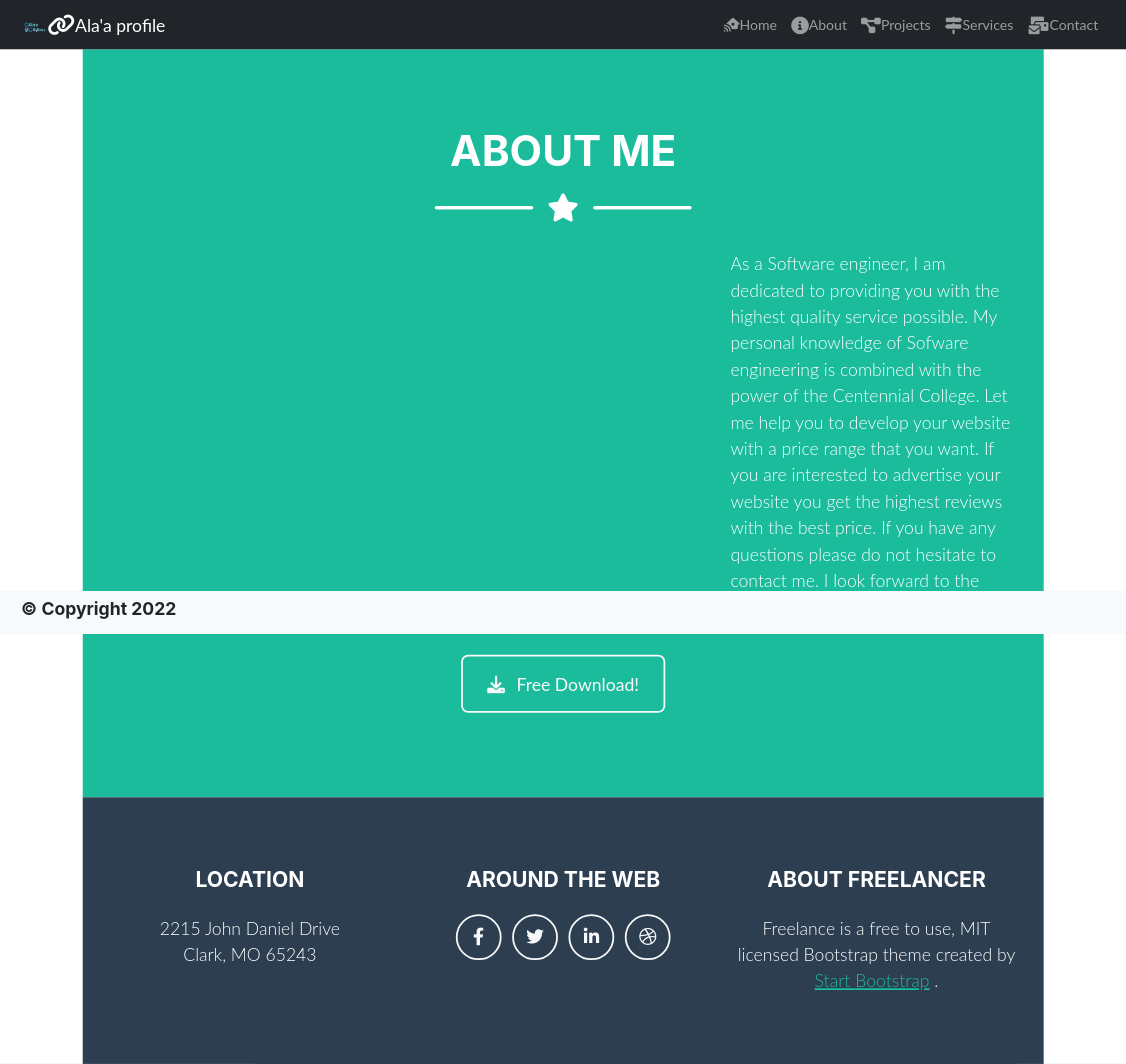
Repository: alaakhdour/heroukulivesite-section1
Page: http://localhost/about
The author's editor kept a copy of each file at every save. The page is drawn from the files as they stood at one save, then again after the next save.
The browser window is 1280 px wide. The pictures show the whole page, at 88% of full size.
The page is served by the project's Node server (server.js). Other server files are loaded and not shown.

Above is the page before, as saved 2022-06-17 08:43:25.

### Server/Views/index.ejs

<!DOCTYPE html>
<html lang="en">
<head>
    <meta charset="UTF-8">
    <meta http-equiv="X-UA-Compatible" content="IE=edge">
    <meta name="viewport" content="width=device-width, initial-scale=1.0">
    <title><%= title %></title>
    <!-- CSS Section -->
    <link rel="stylesheet" href="./bootstrap/dist/css/bootstrap.min.css">
    <link rel="stylesheet" href="./@fortawsome/fontawesome-free/css/all.min.css">
    <link rel="stylesheet" href="./Content/app.css">
    <link rel="stylesheet" href="./Content/styles.css">
</head>
<body>
    <!-- Main Navigation Section -->
    <header>
        <%- include('./components/header.ejs'); %>
    </header>

    <!-- Content Section-->
    <main>
        <%- include('content/' + page + '.ejs'); %>

    </main>

    <!-- Site-wide footer-->
    <footer>
        <%- include('components/footer.ejs'); %>
    </footer>

    <!-- JavaScript Section -->
    <script src="./jquery/dist/jquery.min.js"></script>
    <script src="./bootstrap/dist/js/bootstrap.min.js"></script>
    <script src="./@fortawesome/fontawesome-free/js/all.min.js"></script>
    <script src="./Scripts/app.js"></script>
</body>
</html>

### Server/Views/components/header.ejs
<nav class="navbar navbar-expand-lg navbar-dark bg-dark">
    <div class="container-fluid">
      <a class="navbar-brand" href="/"> <img src="./Assets/images/logo.png" alt="" width="30" height="24"><i class="fa-solid fa-link fa-lg"></i>Ala'a profile</a>
      <button class="navbar-toggler" type="button" data-bs-toggle="collapse" data-bs-target="#navbarSupportedContent" aria-controls="navbarSupportedContent" aria-expanded="false" aria-label="Toggle navigation">
        <span class="navbar-toggler-icon"></span>
      </button>
      <div class="collapse navbar-collapse" id="navbarSupportedContent">
        <ul class="navbar-nav ms-auto mb-2 mb-lg-0">
          <li class="nav-item">
            <a class="nav-link" aria-current="page" href="/home"><i class="fa-solid fa-house-signal"></i>Home</a>
          </li>

          <li class="nav-item">
            <a class="nav-link" aria-current="page" href="/about"><i class="fa-solid fa-circle-info fa-lg"></i>About</a>
          </li>

          <li class="nav-item">
            <a class="nav-link" aria-current="page" href="/projects"><i class="fa-solid fa-diagram-project fa-lg"></i>Projects</a>
          </li>

          <li class="nav-item">
            <a class="nav-link" aria-current="page" href="/services"><i class="fa-solid fa-signs-post fa-lg"></i>Services</a>
          </li>

          <li class="nav-item">
            <a class="nav-link" aria-current="page" href="/contact"><i class="fa-solid fa-envelopes-bulk fa-lg"></i>Contact </a>
          </li>


        </ul>
      </div>
    </div>
  </nav>

### Server/Views/content/about.ejs
<div class="container">


    <!-- About Section-->
    <section class="page-section bg-primary text-white mb-0" id="about">
        <div class="container">
            <!-- About Section Heading-->
            <h2 class="page-section-heading text-center text-uppercase text-white">About ME</h2>
            <!-- Icon Divider-->
            <div class="divider-custom divider-light">
                <div class="divider-custom-line"></div>
                <div class="divider-custom-icon"><i class="fas fa-star"></i></div>
                <div class="divider-custom-line"></div>
            </div>
            <!-- About Section Content-->
            <div class="row">
                <div class="col-lg-4 ms-auto"><p class="lead">As a Software engineer, I am dedicated to providing you with the highest quality service possible. My personal knowledge of Sofware engineering is combined with the power of the Centennial College. Let me help you to develop your website with a price range that you want. If you are interested to advertise your website you get the highest reviews with the best price. If you have any questions please do not hesitate to contact me. I look forward to the opportunity of working for you!</p></div>

            </div>
            <!-- About Section Button-->
            <div class="text-center mt-4">
                <a class="btn btn-xl btn-outline-light" href="https://startbootstrap.com/theme/freelancer/">
                    <i class="fas fa-download me-2"></i>
                    Free Download!
                </a>
            </div>
        </div>
    </section>

    <!-- Footer-->
    <footer class="footer text-center">
        <div class="container">
            <div class="row">
                <!-- Footer Location-->
                <div class="col-lg-4 mb-5 mb-lg-0">
                    <h4 class="text-uppercase mb-4">Location</h4>
                    <p class="lead mb-0">
                        2215 John Daniel Drive
                        <br />
                        Clark, MO 65243
                    </p>
                </div>
                <!-- Footer Social Icons-->
                <div class="col-lg-4 mb-5 mb-lg-0">
                    <h4 class="text-uppercase mb-4">Around the Web</h4>
                    <a class="btn btn-outline-light btn-social mx-1" href="#!"><i class="fab fa-fw fa-facebook-f"></i></a>
                    <a class="btn btn-outline-light btn-social mx-1" href="#!"><i class="fab fa-fw fa-twitter"></i></a>
                    <a class="btn btn-outline-light btn-social mx-1" href="#!"><i class="fab fa-fw fa-linkedin-in"></i></a>
                    <a class="btn btn-outline-light btn-social mx-1" href="#!"><i class="fab fa-fw fa-dribbble"></i></a>
                </div>
                <!-- Footer About Text-->
                <div class="col-lg-4">
                    <h4 class="text-uppercase mb-4">About Freelancer</h4>
                    <p class="lead mb-0">
                        Freelance is a free to use, MIT licensed Bootstrap theme created by
                        <a href="http://startbootstrap.com">Start Bootstrap</a>
                        .
                    </p>
                </div>
            </div>
        </div>
    </footer>
</div>

### Server/Views/components/footer.ejs
<nav class="navbar fixed-bottom bg-light">
    <div class="container-fluid">
      <h5 id="copyright">&copy; Copyright 2022</h5>
    </div>
  </nav>

### server.js
"use strict";
var __importDefault = (this && this.__importDefault) || function (mod) {
    return (mod && mod.__esModule) ? mod : { "default": mod };
};
Object.defineProperty(exports, "__esModule", { value: true });
const app_1 = __importDefault(require("./Server/Config/app"));
const debug_1 = __importDefault(require("debug"));
(0, debug_1.default)('week4:server');
const http_1 = __importDefault(require("http"));
const port = normalizePort(process.env.PORT || '3000');
app_1.default.set('port', port);
const server = http_1.default.createServer(app_1.default);
server.listen(port);
server.on('error', onError);
server.on('listening', onListening);
function normalizePort(val) {
    let port = parseInt(val, 10);
    if (isNaN(port)) {
        return val;
    }
    if (port >= 0) {
        return port;
    }
    return false;
}
function onError(error) {
    if (error.syscall !== 'listen') {
        throw error;
    }
    let bind = typeof port === 'string'
        ? 'Pipe ' + port
        : 'Port ' + port;
    switch (error.code) {
        case 'EACCES':
            console.error(bind + ' requires elevated privileges');
            process.exit(1);
            break;
        case 'EADDRINUSE':
            console.error(bind + ' is already in use');
            process.exit(1);
            break;
        default:
            throw error;
    }
}
function onListening() {
    let addr = server.address();
    let bind = 'pipe ' + addr;
    (0, debug_1.default)('Listening on ' + bind);
}
//# sourceMappingURL=server.js.map

### Server/Routes/index.js
"use strict";
var __importDefault = (this && this.__importDefault) || function (mod) {
    return (mod && mod.__esModule) ? mod : { "default": mod };
};
Object.defineProperty(exports, "__esModule", { value: true });
const express_1 = __importDefault(require("express"));
const router = express_1.default.Router();
router.get('/', function (req, res, next) {
    res.render('index', { title: 'Home', page: 'home' });
});
router.get('/home', function (req, res, next) {
    res.render('index', { title: 'Home', page: 'home' });
});
router.get('/about', function (req, res, next) {
    res.render('index', { title: 'About Us', page: 'about' });
});
router.get('/projects', function (req, res, next) {
    res.render('index', { title: 'My Projects', page: 'projects' });
});
router.get('/services', function (req, res, next) {
    res.render('index', { title: 'My services', page: 'services' });
});
router.get('/contact', function (req, res, next) {
    res.render('index', { title: 'contact us', page: 'contact' });
});
exports.default = router;
//# sourceMappingURL=index.js.map

### Client/data/data.json
{
    "FullName": "AlaaAlkhdour",
    "ContactNumber": "999999999999",
    "EmailAddress": "ala@example.com"
}

### content/app.css
h1
{
    font-size: 70px;
    font-family: Verdana, Geneva, Tahoma, sans-serif;
}

### scripts/app.js
//IIFE
(function()
{

    function Start()
    {
        console.log("App Started!");

        // use AJAX to read JSON file

        // Step 1: Create a new XHR object
        let XHR = new XMLHttpRequest();

        // Step 2: Create the request
        XHR.open("GET", "../data/data.json");

        // Step 3: Send the request
        XHR.send();

        // Step 4: create an event listener/handler
        XHR.addEventListener("readystatechange", function()
        {
            if(XHR.readyState == 4 && XHR.status == 200)
            {
                console.log("JSON Data:");
                console.log("===========");
                console.log(XHR.responseText);
            }
        });
    }

    window.addEventListener("load", Start);

})();

Loaded but not shown: Client/content/styles.css (library)

After the next save:
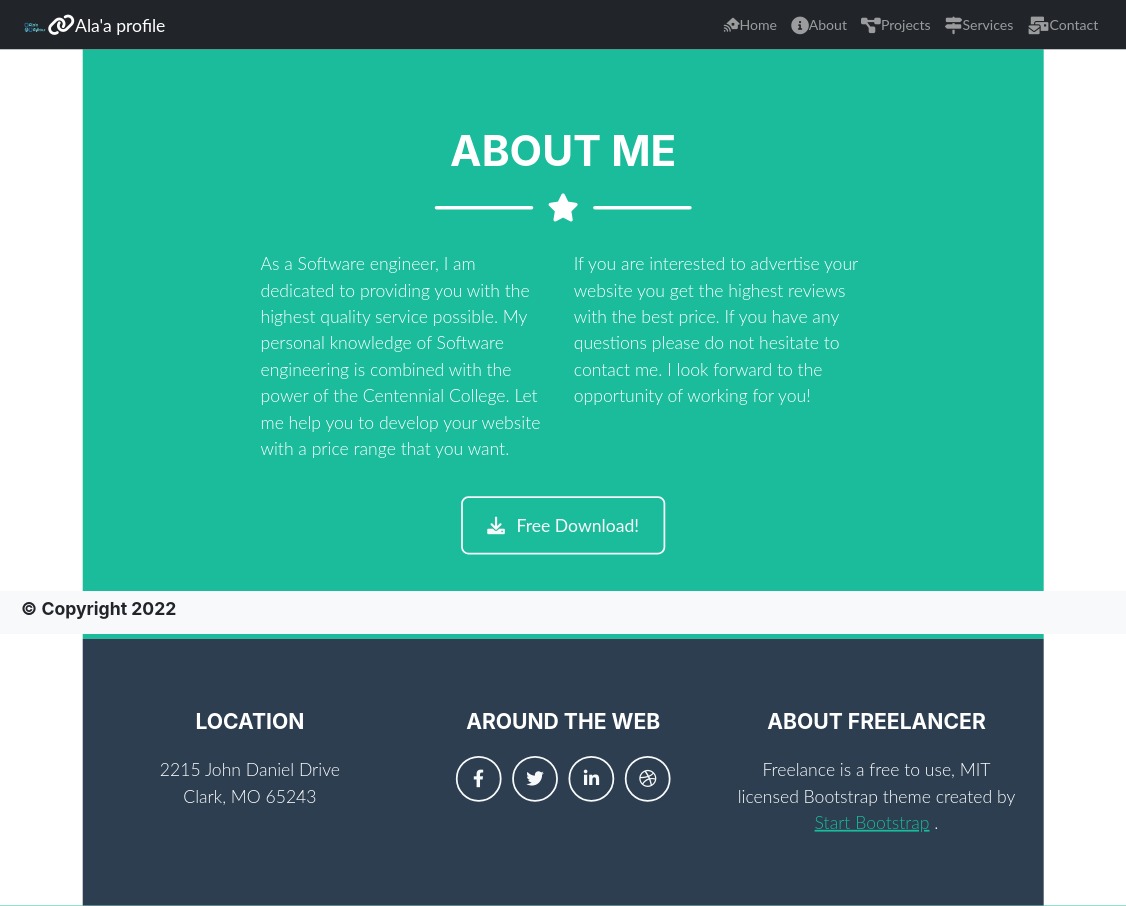
Saved 5 min 47 s later.
--- a/Server/Views/content/about.ejs
+++ b/Server/Views/content/about.ejs
@@ -14,8 +14,8 @@
             </div>
             <!-- About Section Content-->
             <div class="row">
-                <div class="col-lg-4 ms-auto"><p class="lead">As a Software engineer, I am dedicated to providing you with the highest quality service possible. My personal knowledge of Sofware engineering is combined with the power of the Centennial College. Let me help you to develop your website with a price range that you want. If you are interested to advertise your website you get the highest reviews with the best price. If you have any questions please do not hesitate to contact me. I look forward to the opportunity of working for you!</p></div>
-
+                <div class="col-lg-4 ms-auto"><p class="lead">As a Software engineer, I am dedicated to providing you with the highest quality service possible. My personal knowledge of Software engineering is combined with the power of the Centennial College. Let me help you to develop your website with a price range that you want. </p></div>
+                <div class="col-lg-4 me-auto"><p class="lead">If you are interested to advertise your website you get the highest reviews with the best price. If you have any questions please do not hesitate to contact me. I look forward to the opportunity of working for you!</p></div>
             </div>
             <!-- About Section Button-->
             <div class="text-center mt-4">
